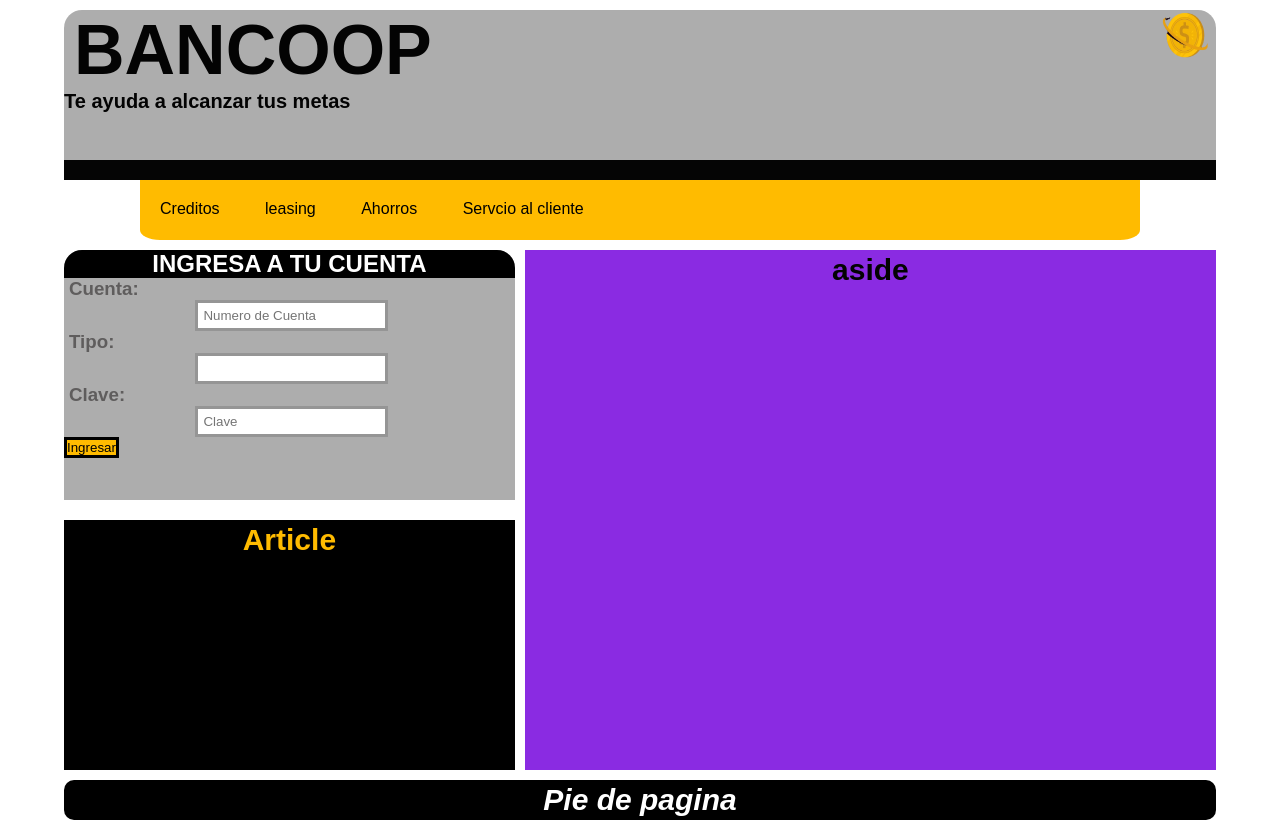
Repository: NickArregoces/BANCOOP
Page: Index.html
These files come from the project's save history. The page is drawn as it stood at one moment and after the next save; the edit follows.
The browser window is 1280 px wide. The pictures show the whole page.

Above is the page before, as saved 2021-09-29 20:05:47.

After the next save:
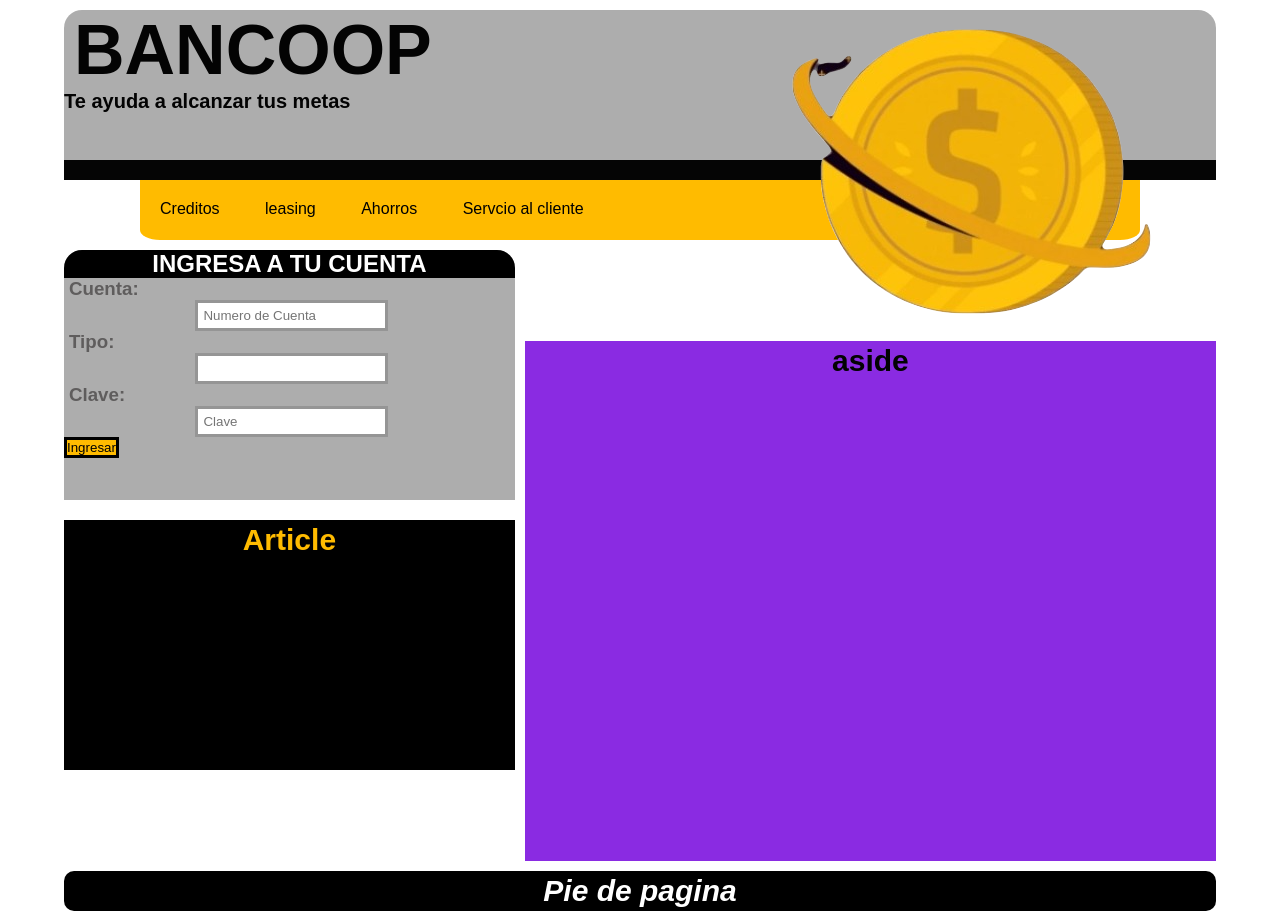
Saved 16 s later.
--- a/CSS/Style.css
+++ b/CSS/Style.css
@@ -19,8 +19,7 @@ header{
 }
     header img{
         float: right;
-        width: 60px;
-        height: 50px;
+        size: 50px;
     }
     header h1{
         font-size: 70px;

After the 2 saves that followed:
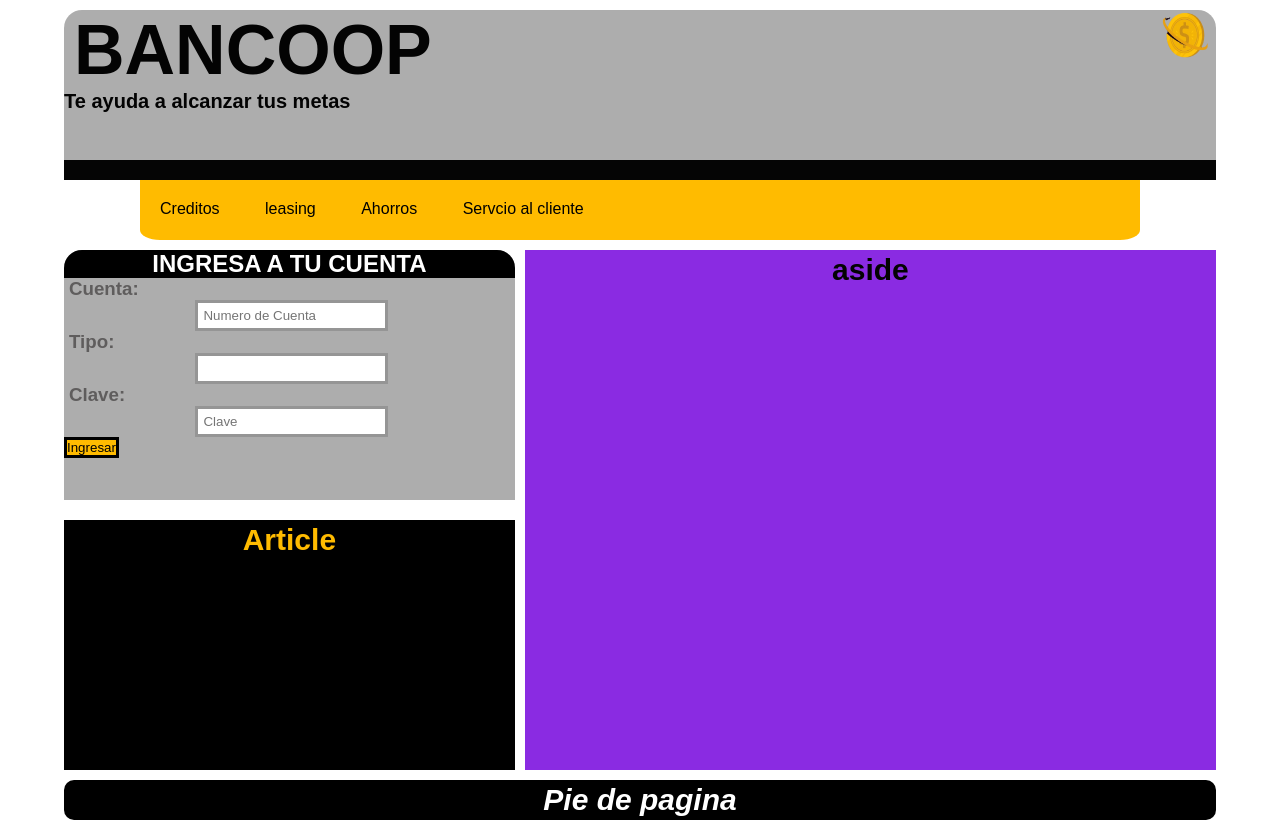
The 2 saves are shown as one change because 1 left the picture as it was.
The last was saved 45 s later.
--- a/CSS/Style.css
+++ b/CSS/Style.css
@@ -19,7 +19,8 @@ header{
 }
     header img{
         float: right;
-        size: 50px;
+        width: 60px;
+        height: 50px;
     }
     header h1{
         font-size: 70px;
